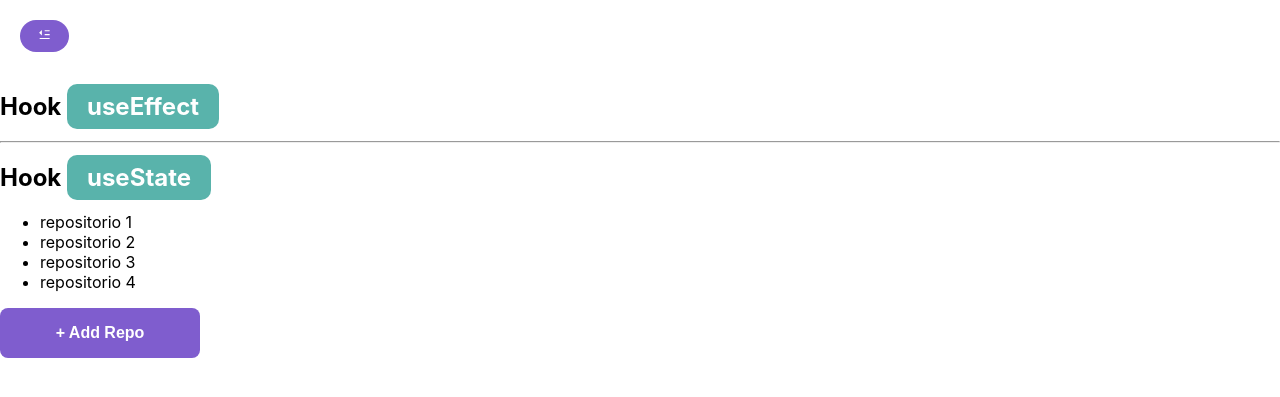
Repository: thiagolucio/react-hooks-use
Page: /
The author's editor kept a copy of each file at every save. The page is drawn from the files as they stood at one save, then again after the next save.
The browser window is 1280 px wide. The pictures show the whole page.
The page's requests for data from a server got no answer. The project was rebuilt for these pictures with package versions that can differ from the ones it lists, and the page was loaded fresh each time. No one was signed in, and anything a server would have sent is missing.

Above is the page before, as saved 2022-03-09 21:43:44.

### src/index.css
body {
  margin: 0;
  padding: 0;
  overflow-x: hidden;
  font-family: -apple-system, BlinkMacSystemFont, 'Segoe UI', 'Roboto', 'Oxygen',
    'Ubuntu', 'Cantarell', 'Fira Sans', 'Droid Sans', 'Helvetica Neue',
    sans-serif;
  -webkit-font-smoothing: antialiased;
  -moz-osx-font-smoothing: grayscale;
}

code {
  font-family: source-code-pro, Menlo, Monaco, Consolas, 'Courier New',
    monospace;
}

.container_column_center {
  display: flex;
  flex-direction: column;
  justify-content: flex-start;
  align-items: center;
}

.container_row_center {
  display: flex;
  flex-direction: row;
  justify-content: flex-start;
}


.font18px {font-size: 18px;}
.font20px {font-size: 20px;}
.font22px {font-size: 22px;}
.font24px {font-size: 24px;}

### src/App.js
import React from "react";
import "./App.css";

import UseStateExample from "./Components/UseStateExample";
import UseEffectExample from "./Components/UseEffectExample";
import Toggle from "./Components/Toggle";

function App() {
  return (
    <>
      <Toggle/>
        <UseEffectExample />
        <hr/>
        <UseStateExample />
    </>
  );
}

export default App;

### src/App.css
.container {
    display: flex;
    align-items: center;
    justify-content: center;
}

.flex-row {
    flex-direction: row;
}
.flex-column {
    flex-direction: column;
}

.button-toggle, .button-toggle-round {
    background-color: #7f5dce;
    padding: 8px 18px;
    border: none;
    border-radius: 50em;
    color: white;
    margin: 20px;
}

.button-toggle-round icon {
    transition: all 0.5s ease-in-out;
}


.button-toggle:hover {
    cursor: pointer;

}

### src/Components/UseStateExample.js
import React, { useState } from "react";
import "./UseStateExample.css";

function UseStateExample() {

  const [repositories, setRepositories] = useState([
    { id: 1, name: "repositorio 1" },
    { id: 2, name: "repositorio 2" },
    { id: 3, name: "repositorio 3" },
    { id: 4, name: "repositorio 4" },
  ]);

    function handleAddRepo() {

        let numName  = repositories.length + 1;

        setRepositories([...repositories, { id: Math.random(), name: "repositorio " + numName}]);
    }

  return (
    <div className="container-list">
      <h2>Hook <span className="badge-title">useState</span></h2>
      <ul>
        {repositories.map((repo) => (
          <li key={repo.id}>{repo.name}</li>
        ))}
      </ul>
      <button className="buttonApp" onClick={handleAddRepo}>+ Add Repo</button>
    </div>
  );
}

export default UseStateExample;

### src/Components/UseEffectExample.js
import React, { useEffect, useState } from "react";
import {FcLike, FcLikePlaceholder } from "react-icons/fc";
import "./UseStateExample.css";

function UseEffectExample() {
  const [repositories, setRepositories] = useState([]);
  const [favorites, setFavorites] = useState([]);

  // no lugar do componentDidMount quando o component for montado
  useEffect(() => {
    async function fetchRepo() {
      const response = await fetch("https://api.github.com/users/thiagolucio/repos");
      const data = await response.json();
      setRepositories(data);
    }

    // async function fetchDataWithChildren() {
    //   try {
    //     const response = await fetch("https://api.github.com/users/thiagolucio/repos");
    //     const data = await response.json();
    //     setRepositories(data.children.map(it => it.data));
    //   } catch (e) {
    //     console.error(e);
    //   }
    // }

    fetchRepo();
    // fetchDataWithChildren();
  }, []);
  //os colchetes acima indica que ele deve ser executado somente uma vez, quando o componente for montado porque
  // ele não tem nenhum parâmetro pra se basear para ser executado novamente

  function handleFavorite(id) {
    const newRepositories = repositories.map(repo => {
      return repo.id ===  id ? {...repo, favorite: true} : repo;
      // verifica se o id do repositório é igual ao id passado por parâmetro e se for vai retornar
      // todos os dados do repositório e adicionar uma opção favorite como true
      // no final, se nao for ele retornará o repositorio como estava antes da mudança
    });
    // ele vai agora atualizar o estado dos repositórios com ou sem o true de favoritos adicionado
    setRepositories(newRepositories);
  }

  return (
    <>
      <h2>
        Hook <span className="badge-title">useEffect</span>
      </h2>
      <ul>
        {repositories.map((repo) => (
          <li key={repo.id}>
            {repo.name}
            <button
                onClick={() => handleFavorite(repo.id)}
                className={repo.favorite? "btn-round btn-like" : "btn-round btn-unlike"} >
                {repo.favorite? <FcLike/> : <FcLikePlaceholder/>}
            </button>
          </li>
        ))}
      </ul>
    </>
  );
}

export default UseEffectExample;

### src/Components/Toggle.js
import React, { useCallback, useState } from 'react';
import { RiMenuUnfoldFill, RiMenuFoldFill } from "react-icons/ri";

function Toggle() {
    const [isToggleChanged, setIsToggleChanged] = useToggle();

    return (
        <button className={isToggleChanged ? 'button-toggle-round' : 'button-toggle'} onClick={setIsToggleChanged}>{isToggleChanged ? <RiMenuUnfoldFill/> : <RiMenuFoldFill/>}</button>
    );
}
const useToggle = (initialState = false) => {
    const [state, setState] = useState(initialState);
    const toggle = useCallback(() => setState(state => !state), []);

    return [state, toggle]
}

export default Toggle;

### src/Components/UseStateExample.css
.buttonApp {
    width: 200px;
    height: 50px;
    font-size: 16px;
    padding: 8px 25px;
    background-color: #7f5dce;
    border: 2px solid #ffffff;
    color: #fff;
    font-weight: bold;
    border: none;
    border-radius: 8px;
}

.buttonApp:hover {
    background-color: white;
    border: 2px solid #7f5dce;
    color: #7f5dce;
    transition: all 0.2s ease-in;
    cursor: pointer;
}

.buttonApp:click {
    background-color: 45336e;
    border: 2px solid #45336e;
    color: #7f5dce;
    transition: all 0.2s ease-in;
    cursor: pointer;
}

.badge-title {
    width: 100%;
    height: 40px;
    font-size: 24px;
    padding: 8px 20px;
    background-color: #59b3ab;
    color: #fff;
    font-weight: bold;
    border: none;
    border-radius: 10px;
}

.btn-round {
    width: 30px;
    height: 30px;
    border-radius: 50em;
    font-size: 16px;
    margin: 0 16px;
    border: none;
}

.btn-round svg {
    margin-top: 4px
}

.btn-round:hover {
    cursor: pointer;
    transition: all 0.3s ease-in;
}

.btn-round.btn-like {
    border: 1px dotted red;
    background: white;
}

Loaded but not shown: public/index.html (common file); src/index.js (common file); src/reportWebVitals.js (common file)

After the next save:
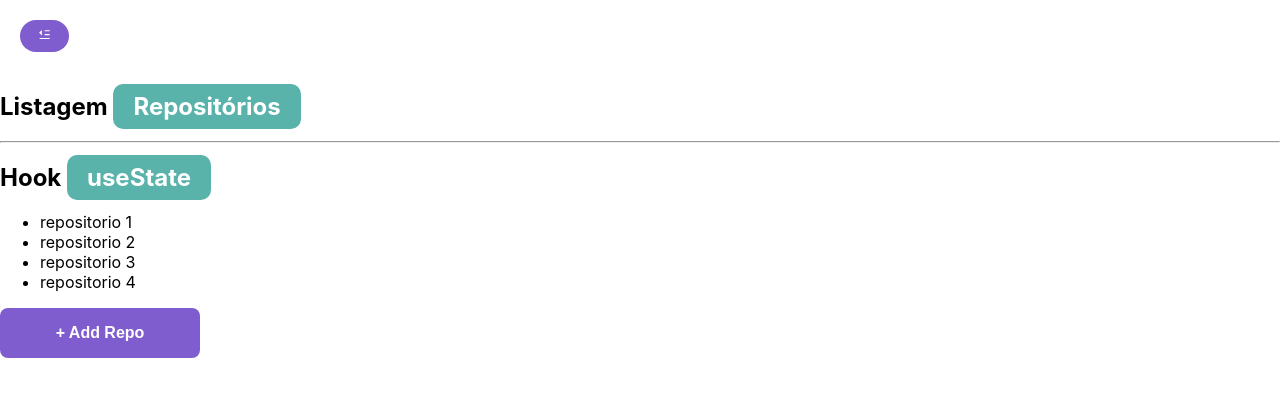
Saved 12 min 52 s later.
--- a/src/Components/UseEffectExample.js
+++ b/src/Components/UseEffectExample.js
@@ -44,7 +44,7 @@ function UseEffectExample() {
   return (
     <>
       <h2>
-        Hook <span className="badge-title">useEffect</span>
+        Listagem <span className="badge-title">Repositórios</span>
       </h2>
       <ul>
         {repositories.map((repo) => (
